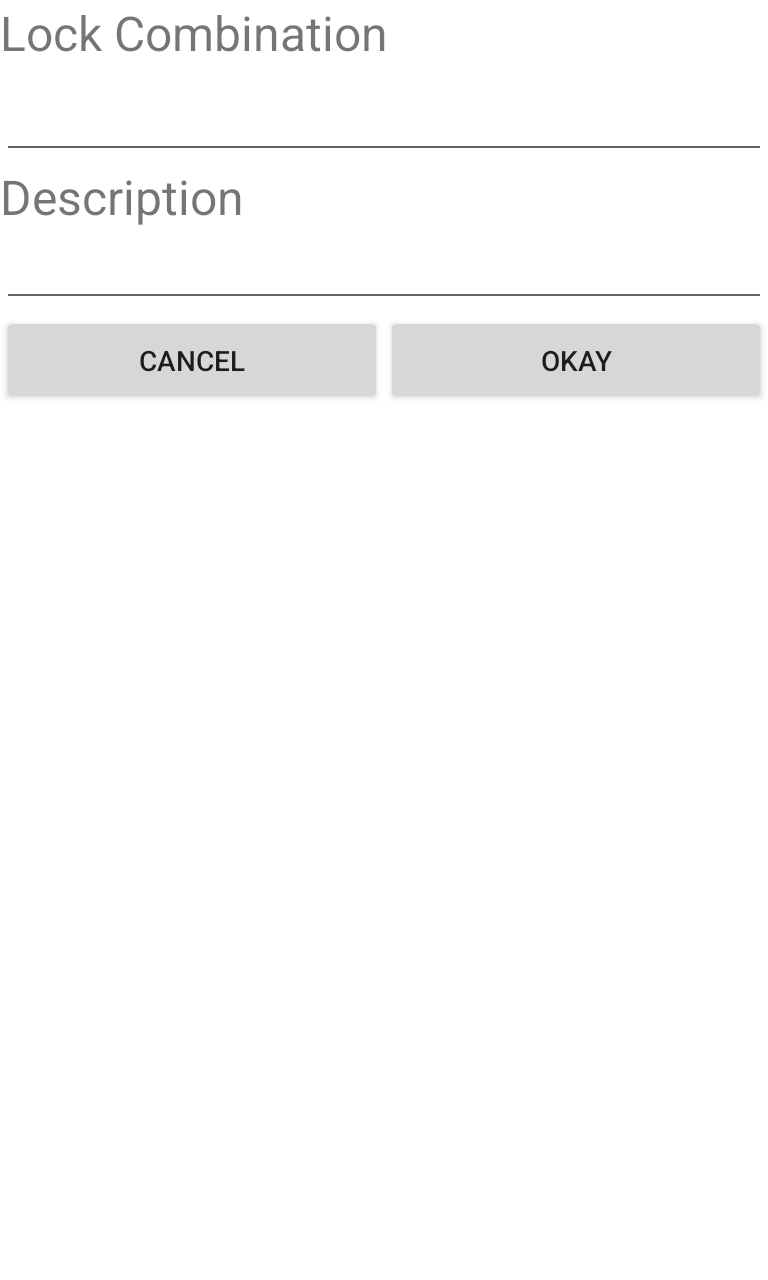
Repository: 2014DaemonDash/no-9th-period
Layout: WeBike/res/layout/register_fragment.xml
The author's editor kept a copy of each file at every save. The layout is drawn from the files as they stood at one save, then again after the next save.
It is drawn on a 768 x 1280 px phone screen (xhdpi) without system bars, with theme AppTheme; the app's code is not run.

Above is the layout before, as saved 2014-09-14 11:29:51.

### WeBike/res/layout/register_fragment.xml
<?xml version="1.0" encoding="utf-8"?>
<RelativeLayout xmlns:android="http://schemas.android.com/apk/res/android"
    android:layout_width="match_parent"
    android:layout_height="match_parent">
<LinearLayout
    android:layout_width="match_parent"
    android:layout_height="fill_parent"
    android:orientation="vertical"
    android:background="#FFFFFF" >

    <TextView
        android:layout_width="wrap_content"
        android:layout_height="wrap_content"
        android:text="@string/register_combo"
        android:textSize="24dp" />

    <EditText
        android:id="@+id/register_combo"
        android:layout_width="fill_parent"
        android:layout_height="wrap_content"
        android:inputType="text"
        android:singleLine="true"
        android:textSize="24dp" />

    <TextView
        android:layout_width="wrap_content"
        android:layout_height="wrap_content"
        android:text="@string/register_description"
        android:textSize="24dp" />

    <EditText
        android:id="@+id/register_description"
        android:layout_width="fill_parent"
        android:layout_height="wrap_content"
        android:inputType="textMultiLine" />

    <LinearLayout
        android:layout_width="fill_parent"
        android:layout_height="wrap_content"
        android:layout_alignParentBottom="true"
        android:orientation="horizontal" >

        <Button
            android:id="@+id/register_cancel"
            android:layout_width="0dp"
            android:layout_height="wrap_content"
            android:layout_weight="1"
            android:text="@string/cancel" />

        <Button
            android:id="@+id/register_ok"
            android:layout_width="0dp"
            android:layout_height="wrap_content"
            android:layout_weight="1"
            android:text="@string/ok" />

    </LinearLayout>

</LinearLayout>

### WeBike/res/values/strings.xml
<?xml version="1.0" encoding="utf-8"?>
<resources>

    <string name="app_name">WeBike</string>
    <string name="hello_world">Hello world!</string>
    <string name="action_settings">Settings</string>

    <string name="bikesNearbyStr">Find Bikes Nearby</string>
    <string name="bikesRegsiterStr">Register New Bike</string>
    <string name="bikesLeaveStr">Leave Bike</string>
    <string name="findMyBikeStr">Find My Bike</string>
    <string name="rentbike">Check Out</string>

    <string name="ok">Okay</string>
    <string name="cancel">Cancel</string>
    <string name="unlock_text">Unlock with:</string>
    <string name="leave_text">Lock bike with:</string>

    <string name="register_combo">Lock Combination</string>
    <string name="register_description">Description</string>
</resources>

Loaded but not shown: WeBike/res/values/styles.xml (common file); WeBike/res/values-v11/styles.xml (common file); WeBike/res/values-v14/styles.xml (common file)

After the next save:
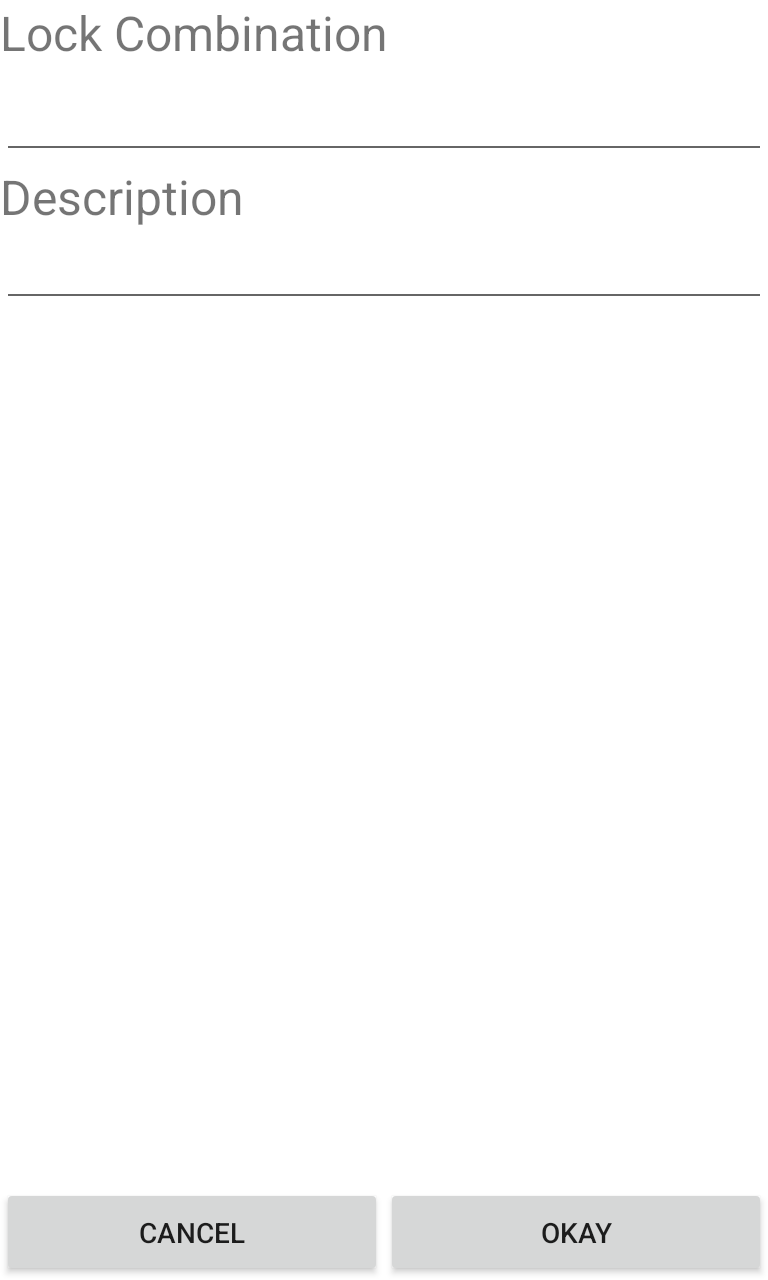
Saved 17 s later.
--- a/WeBike/res/layout/register_fragment.xml
+++ b/WeBike/res/layout/register_fragment.xml
@@ -1,38 +1,40 @@
 <?xml version="1.0" encoding="utf-8"?>
 <RelativeLayout xmlns:android="http://schemas.android.com/apk/res/android"
     android:layout_width="match_parent"
-    android:layout_height="match_parent">
-<LinearLayout
-    android:layout_width="match_parent"
-    android:layout_height="fill_parent"
-    android:orientation="vertical"
-    android:background="#FFFFFF" >
+    android:layout_height="match_parent" >
 
-    <TextView
-        android:layout_width="wrap_content"
-        android:layout_height="wrap_content"
-        android:text="@string/register_combo"
-        android:textSize="24dp" />
+    <LinearLayout
+        android:layout_width="match_parent"
+        android:layout_height="fill_parent"
+        android:background="#FFFFFF"
+        android:orientation="vertical" >
 
-    <EditText
-        android:id="@+id/register_combo"
-        android:layout_width="fill_parent"
-        android:layout_height="wrap_content"
-        android:inputType="text"
-        android:singleLine="true"
-        android:textSize="24dp" />
+        <TextView
+            android:layout_width="wrap_content"
+            android:layout_height="wrap_content"
+            android:text="@string/register_combo"
+            android:textSize="24dp" />
 
-    <TextView
-        android:layout_width="wrap_content"
-        android:layout_height="wrap_content"
-        android:text="@string/register_description"
-        android:textSize="24dp" />
+        <EditText
+            android:id="@+id/register_combo"
+            android:layout_width="fill_parent"
+            android:layout_height="wrap_content"
+            android:inputType="text"
+            android:singleLine="true"
+            android:textSize="24dp" />
 
-    <EditText
-        android:id="@+id/register_description"
-        android:layout_width="fill_parent"
-        android:layout_height="wrap_content"
-        android:inputType="textMultiLine" />
+        <TextView
+            android:layout_width="wrap_content"
+            android:layout_height="wrap_content"
+            android:text="@string/register_description"
+            android:textSize="24dp" />
+
+        <EditText
+            android:id="@+id/register_description"
+            android:layout_width="fill_parent"
+            android:layout_height="wrap_content"
+            android:inputType="textMultiLine" />
+    </LinearLayout>
 
     <LinearLayout
         android:layout_width="fill_parent"
@@ -53,7 +55,6 @@
             android:layout_height="wrap_content"
             android:layout_weight="1"
             android:text="@string/ok" />
-
     </LinearLayout>
 
-</LinearLayout>
+</RelativeLayout>
